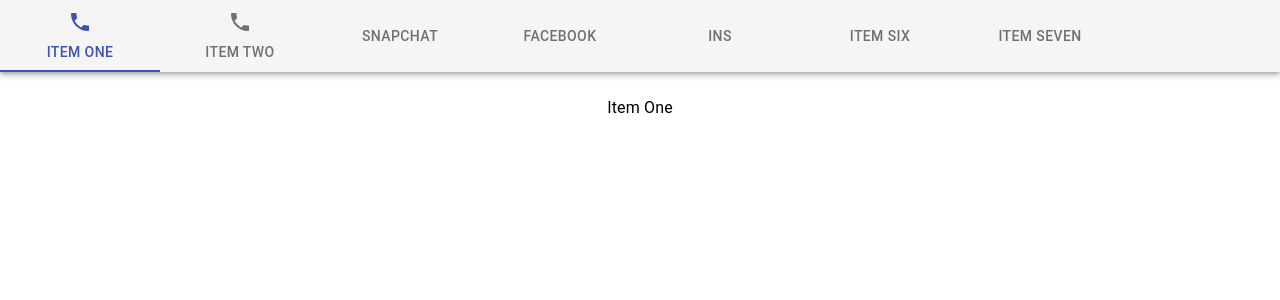
Repository: hossamsulleman1/CONTACTME
Page: / (app in my-app/)
An editor plug-in stored every save of this project. The page is shown before and after a run of saves, followed by the edit.
The browser window is 1280 px wide. The pictures show the whole page.
The project was rebuilt for these pictures with package versions that can differ from the ones it lists, and the page was loaded fresh each time.

Above is the page before, as saved 2020-11-07 14:06:17.

### my-app/src/App.js
import './App.css';
import IconNav from './Components/IconNav';

function App() {
  return (
    <div className="App">
<IconNav>

</IconNav>
    </div>
  );
}

export default App;

### my-app/src/Components/IconNav.jsx
import React from "react";
import PropTypes from "prop-types";
import { makeStyles } from "@material-ui/core/styles";
import AppBar from "@material-ui/core/AppBar";
import Tabs from "@material-ui/core/Tabs";
import Tab from "@material-ui/core/Tab";
import Typography from "@material-ui/core/Typography";
import Box from "@material-ui/core/Box";
import PhoneIcon from "@material-ui/icons/Phone";

function TabPanel(props) {
  const { children, value, index, ...other } = props;

  return (
    <div
      role="tabpanel"
      hidden={value !== index}
      id={`scrollable-auto-tabpanel-${index}`}
      aria-labelledby={`scrollable-auto-tab-${index}`}
      {...other}
    >
      {value === index && (
        <Box p={3}>
          <Typography>{children}</Typography>
        </Box>
      )}
    </div>
  );
}

TabPanel.propTypes = {
  children: PropTypes.node,
  index: PropTypes.any.isRequired,
  value: PropTypes.any.isRequired,
};

function a11yProps(index) {
  return {
    id: `scrollable-auto-tab-${index}`,
    "aria-controls": `scrollable-auto-tabpanel-${index}`,
  };
}

const useStyles = makeStyles((theme) => ({
  root: {
    flexGrow: 1,
    width: "100%",
    backgroundColor: theme.palette.background.paper,
  },
}));

export default function IconNav() {
  const classes = useStyles();
  const [value, setValue] = React.useState(0);

  const handleChange = (event, newValue) => {
    setValue(newValue);
  };

  return (
    <div className={classes.root}>
      <AppBar position="static" color="default">
        <Tabs
          value={value}
          onChange={handleChange}
          indicatorColor="primary"
          textColor="primary"
          variant="scrollable"
          scrollButtons="auto"
          aria-label="scrollable auto tabs example"
        >
          <Tab icon={<PhoneIcon />} label="Item One" {...a11yProps(0)} />
          <Tab icon={<PhoneIcon />} label="Item Two" {...a11yProps(1)} />
          <Tab label="SNAPCHAT" {...a11yProps(2)} />
          <Tab label="FACEBOOK" {...a11yProps(3)} />
          <Tab label="INS" {...a11yProps(4)} />
          <Tab label="Item Six" {...a11yProps(5)} />
          <Tab label="Item Seven" {...a11yProps(6)} />
        </Tabs>
      </AppBar>
      <TabPanel value={value} index={0}>
        Item One
      </TabPanel>
      <TabPanel value={value} index={1}>
        Item Two
      </TabPanel>
      <TabPanel value={value} index={2}>
        Item Three
      </TabPanel>
      <TabPanel value={value} index={3}>
        Item Four
      </TabPanel>
      <TabPanel value={value} index={4}>
        Item Five
      </TabPanel>
      <TabPanel value={value} index={5}>
        Item Six
      </TabPanel>
      <TabPanel value={value} index={6}>
        Item Seven
      </TabPanel>
    </div>
  );
}

Loaded but not shown: my-app/public/index.html (common file); my-app/src/index.js (common file); my-app/src/index.css (common file); my-app/src/reportWebVitals.js (common file); my-app/src/App.css (common file)

After the next 3 saves:
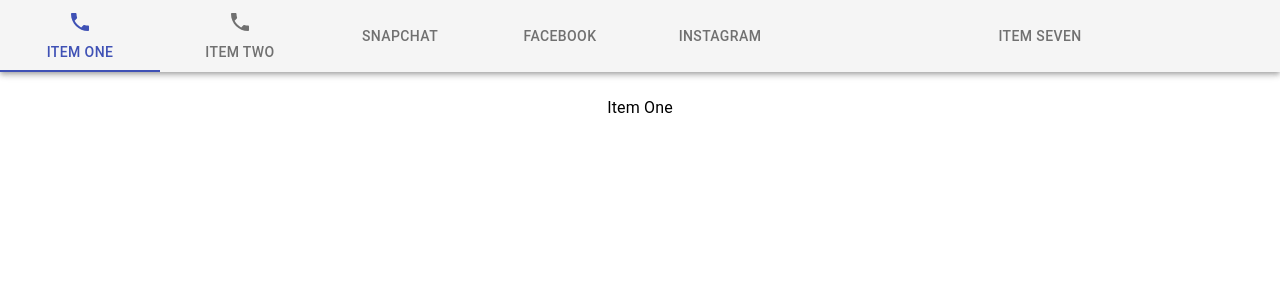
The 3 saves are shown as one change because they came seconds apart.
The last was saved 11 s later.
--- a/my-app/src/Components/IconNav.jsx
+++ b/my-app/src/Components/IconNav.jsx
@@ -73,8 +73,8 @@ export default function IconNav() {
           <Tab icon={<PhoneIcon />} label="Item Two" {...a11yProps(1)} />
           <Tab label="SNAPCHAT" {...a11yProps(2)} />
           <Tab label="FACEBOOK" {...a11yProps(3)} />
-          <Tab label="INS" {...a11yProps(4)} />
-          <Tab label="Item Six" {...a11yProps(5)} />
+          <Tab label="INSTAGRAM" {...a11yProps(4)} />
+          <Tab label="" {...a11yProps(5)} />
           <Tab label="Item Seven" {...a11yProps(6)} />
         </Tabs>
       </AppBar>
